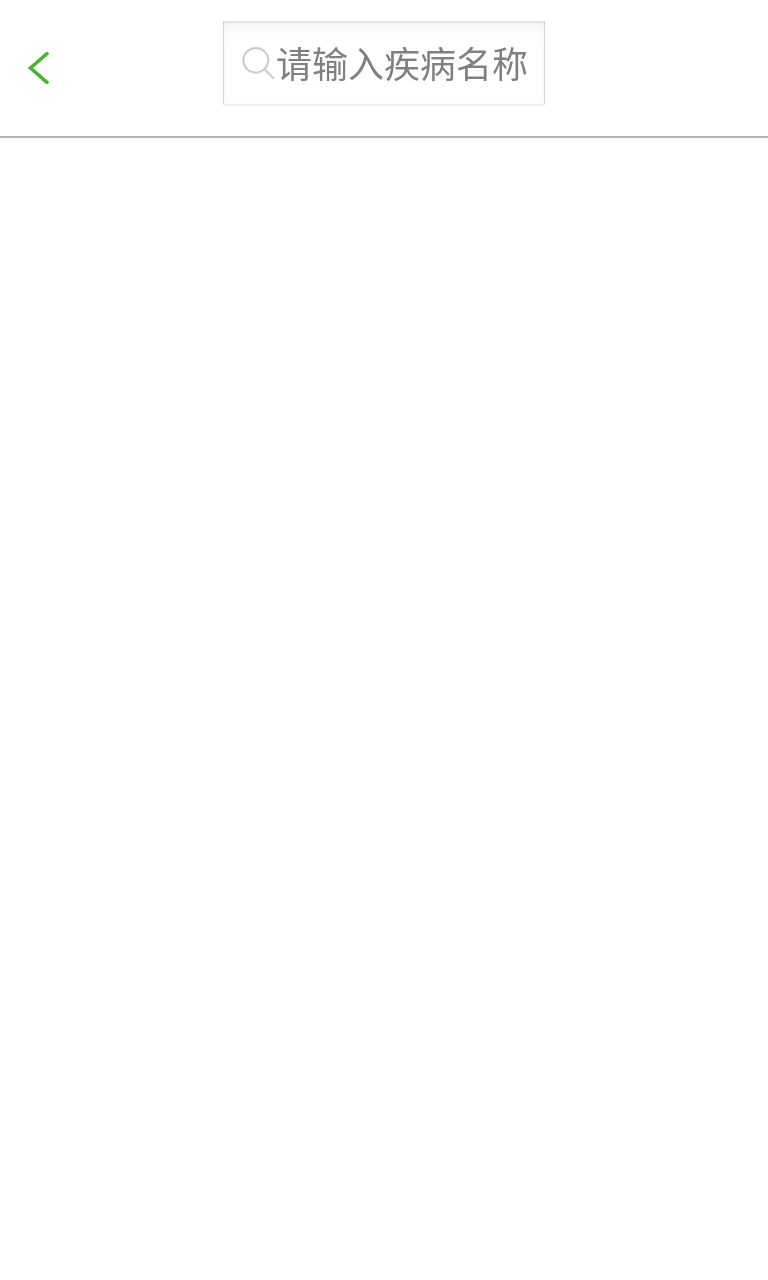
Repository: hjhlove110/XYApp
Layout: XYApp/res/layout/serache_view.xml
The author's editor kept a copy of each file at every save. The layout is drawn from the files as they stood at one save, then again after the next save.
It is drawn on a 768 x 1280 px phone screen (xhdpi) without system bars, with theme Translucent; the app's code is not run.

Above is the layout before, as saved 2015-09-23 05:32:36.

After the next save:
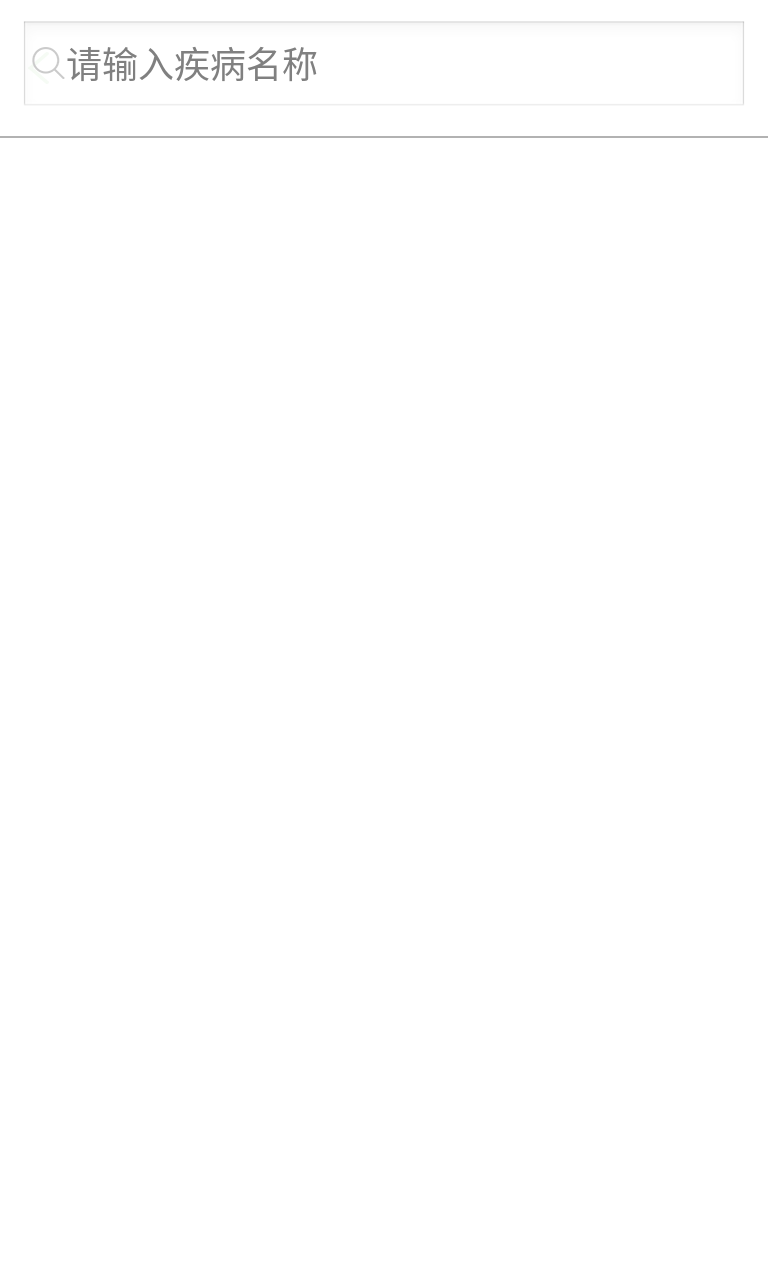
Saved 28 s later.
--- a/XYApp/res/layout/serache_view.xml
+++ b/XYApp/res/layout/serache_view.xml
@@ -22,13 +22,15 @@
 
             <EditText
                 android:id="@+id/title"
-                android:layout_width="wrap_content"
+                android:layout_width="match_parent"
                 android:layout_height="wrap_content"
                 android:layout_centerHorizontal="true"
                 android:layout_centerVertical="true"
                 android:layout_margin="10dp"
                 android:drawableLeft="@drawable/serach1"
+                android:gravity="center_vertical|left"
                 android:hint="请输入疾病名称"
+                android:paddingLeft="5dp"
                 android:textColor="#49b233" />
         </RelativeLayout>
 
